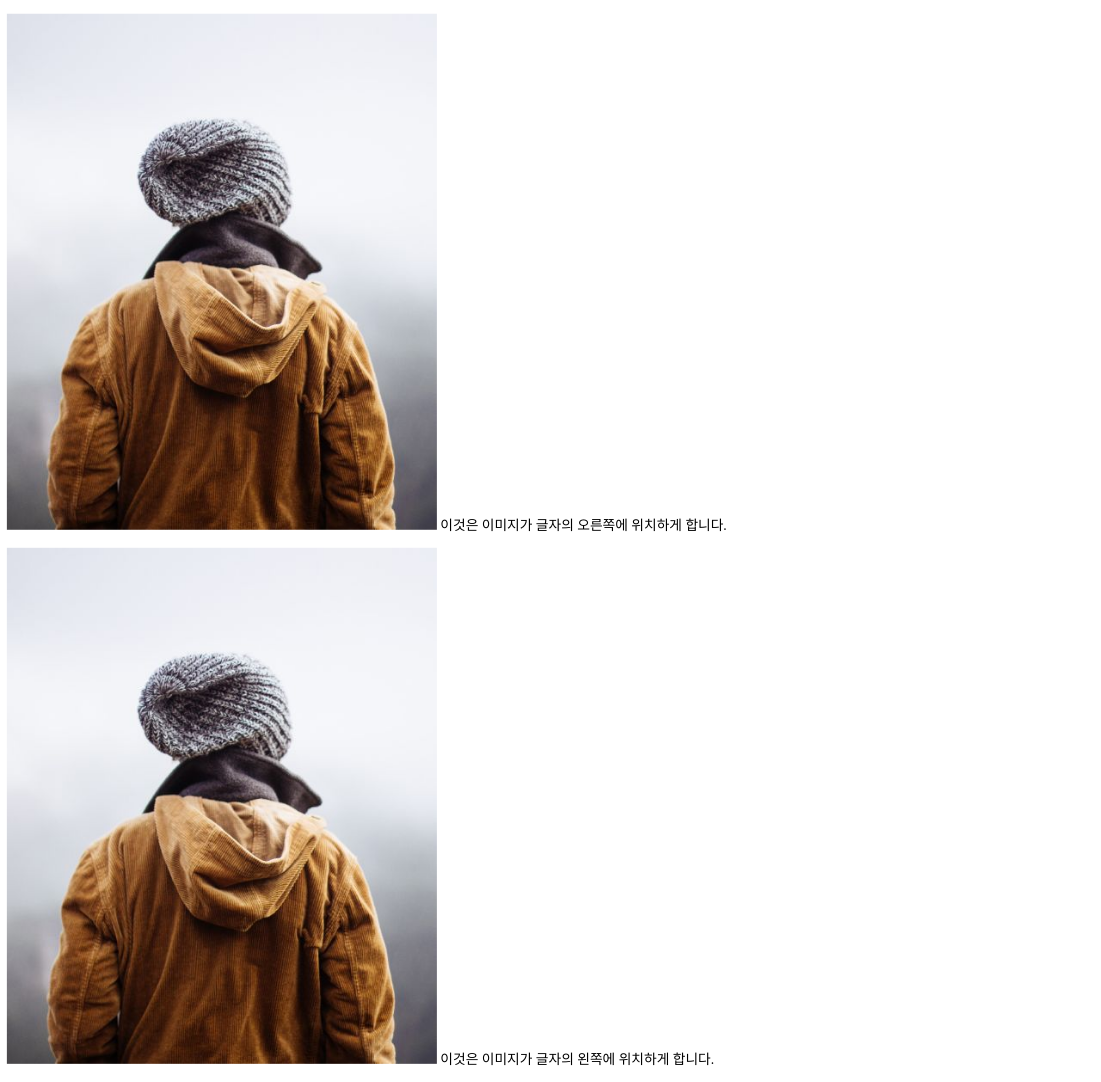
Repository: claddds/2023_webstudy
Page: 01_html/src/main/webapp/day02/ex05_imageFloating.html
An editor plug-in stored every save of this project. The page is shown before and after the next save, followed by the edit.
The browser window is 1280 px wide. The pictures show the whole page, at 86% of full size.

Above is the page before, as saved 2023-06-20 02:38:15.

### 01_html/src/main/webapp/day02/ex05_imageFloating.html
<!DOCTYPE html>
<html>
<head>
<meta charset="UTF-8">
<title>이미지 Floating</title>
</head>
<body>
	<!--
		CSS float 속성을 이용해서 이미지가 텍스트의 오른쪽이나 왼쪽에 떠 있게 한다.
		style="float:right | left"
	-->

	<p>
		<img src="../images/img_girl.jpg">
			이것은 이미지가 글자의 오른쪽에 위치하게 합니다.
	</p>

	<p>
		<img src="../images/img_girl.jpg">
			이것은 이미지가 글자의 왼쪽에 위치하게 합니다.
	</p>
</body>
</html>

After the next save:
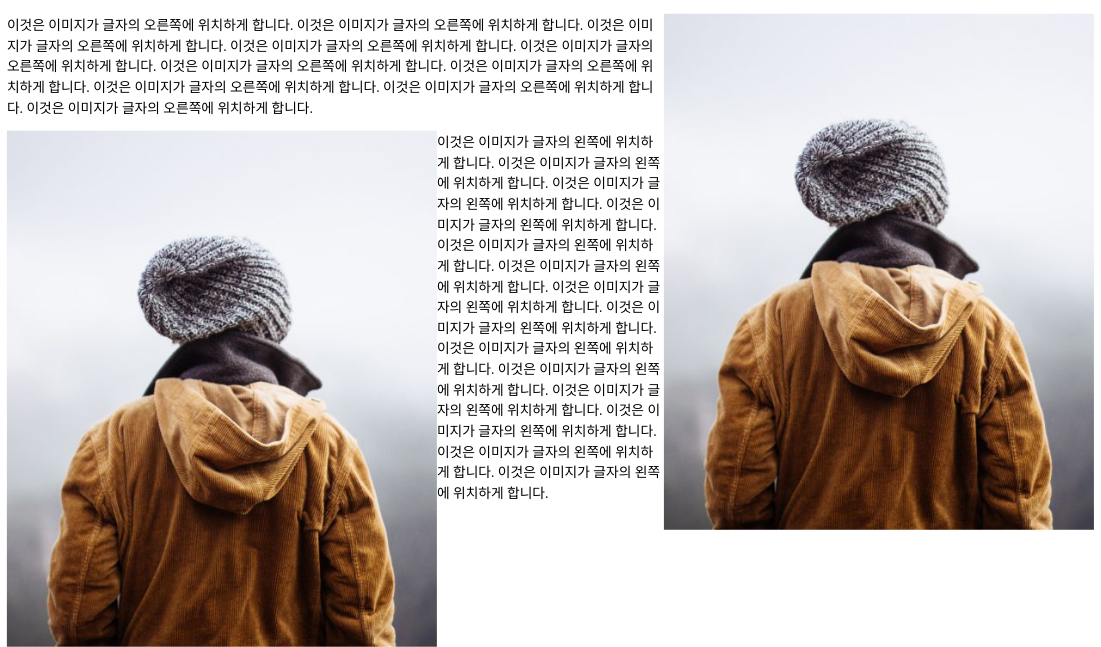
Saved 88 s later.
--- a/01_html/src/main/webapp/day02/ex05_imageFloating.html
+++ b/01_html/src/main/webapp/day02/ex05_imageFloating.html
@@ -11,12 +11,34 @@
 	-->
 
 	<p>
-		<img src="../images/img_girl.jpg">
+		<img src="../images/img_girl.jpg" style="float:right;">
+			이것은 이미지가 글자의 오른쪽에 위치하게 합니다.
+			이것은 이미지가 글자의 오른쪽에 위치하게 합니다.
+			이것은 이미지가 글자의 오른쪽에 위치하게 합니다.
+			이것은 이미지가 글자의 오른쪽에 위치하게 합니다.
+			이것은 이미지가 글자의 오른쪽에 위치하게 합니다.
+			이것은 이미지가 글자의 오른쪽에 위치하게 합니다.
+			이것은 이미지가 글자의 오른쪽에 위치하게 합니다.
+			이것은 이미지가 글자의 오른쪽에 위치하게 합니다.
+			이것은 이미지가 글자의 오른쪽에 위치하게 합니다.
 			이것은 이미지가 글자의 오른쪽에 위치하게 합니다.
 	</p>
 
 	<p>
-		<img src="../images/img_girl.jpg">
+		<img src="../images/img_girl.jpg" style="float:left;">
+			이것은 이미지가 글자의 왼쪽에 위치하게 합니다.
+			이것은 이미지가 글자의 왼쪽에 위치하게 합니다.
+			이것은 이미지가 글자의 왼쪽에 위치하게 합니다.
+			이것은 이미지가 글자의 왼쪽에 위치하게 합니다.
+			이것은 이미지가 글자의 왼쪽에 위치하게 합니다.
+			이것은 이미지가 글자의 왼쪽에 위치하게 합니다.
+			이것은 이미지가 글자의 왼쪽에 위치하게 합니다.
+			이것은 이미지가 글자의 왼쪽에 위치하게 합니다.
+			이것은 이미지가 글자의 왼쪽에 위치하게 합니다.
+			이것은 이미지가 글자의 왼쪽에 위치하게 합니다.
+			이것은 이미지가 글자의 왼쪽에 위치하게 합니다.
+			이것은 이미지가 글자의 왼쪽에 위치하게 합니다.
+			이것은 이미지가 글자의 왼쪽에 위치하게 합니다.
 			이것은 이미지가 글자의 왼쪽에 위치하게 합니다.
 	</p>
 </body>
